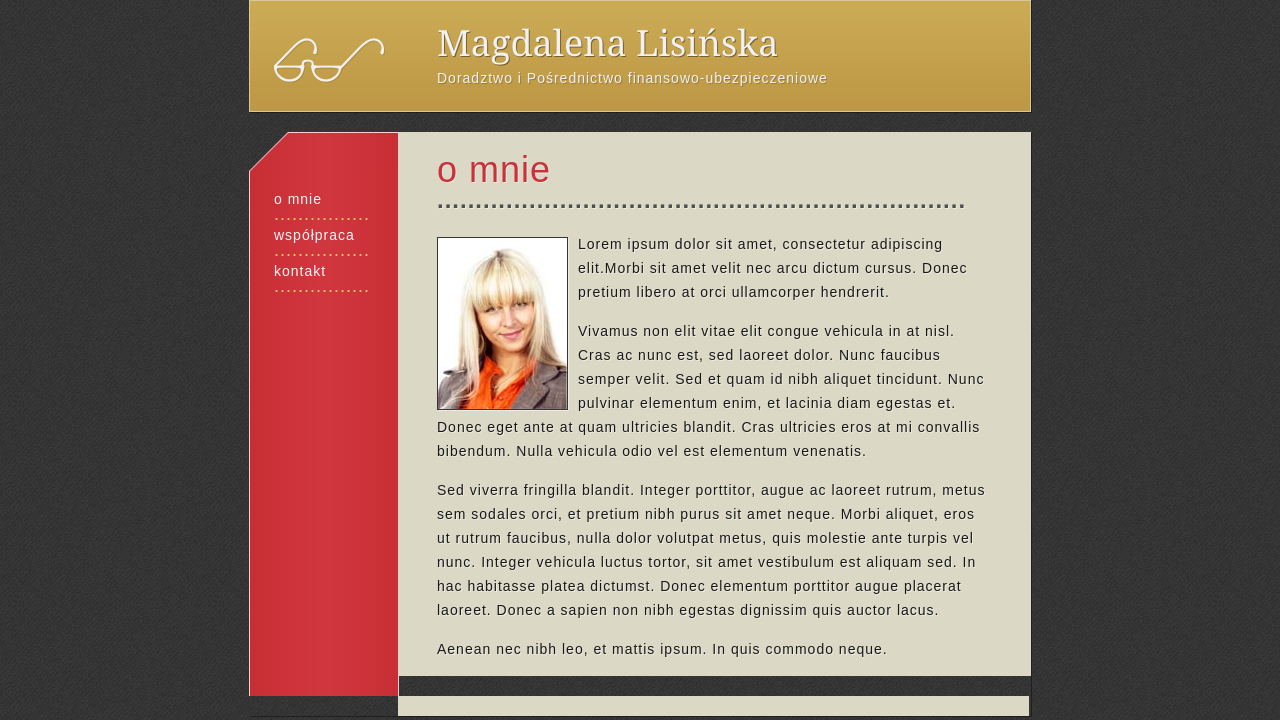
Repository: gabr/php_elicpse_workspace
Page: Magda Lisinska/index.html
These files come from the project's save history. The page is drawn as it stood at one moment and after the next save; the edit follows.
The browser window is 1280 px wide. The pictures show the whole page.

Above is the page before, as saved 2013-03-06 20:17:22.

After the next save:
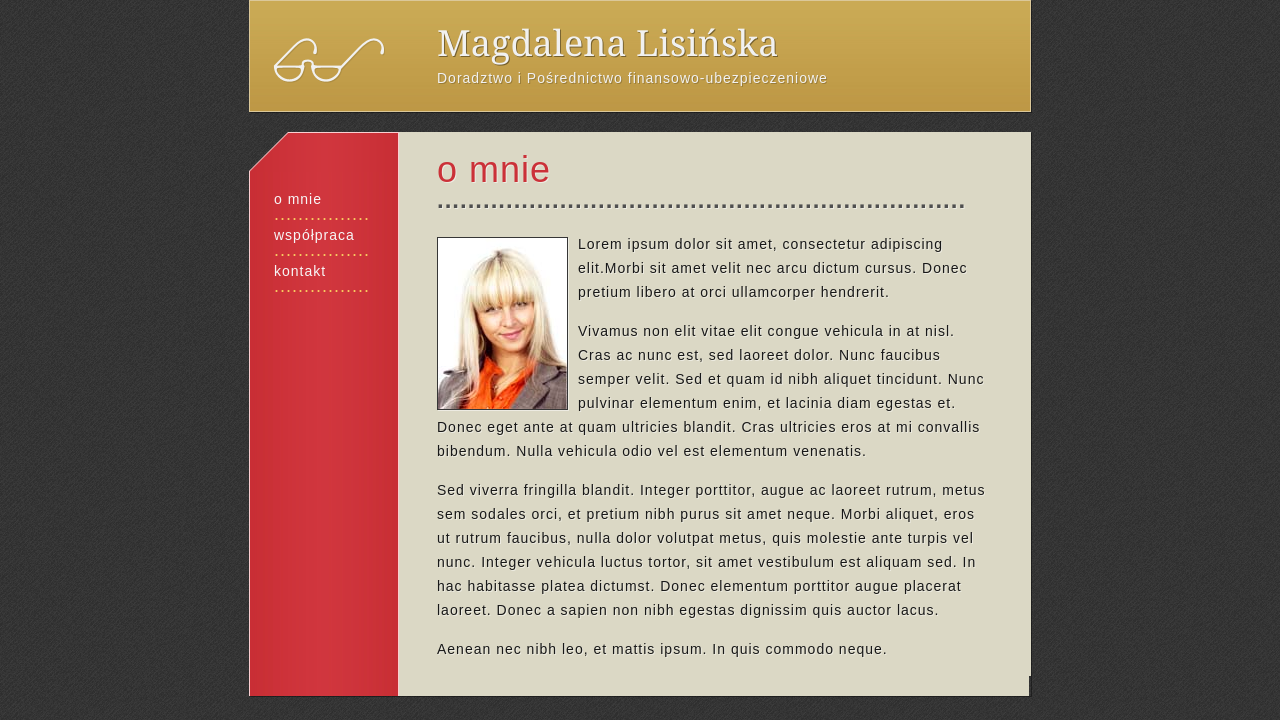
Saved 11 s later.
--- a/Magda Lisinska/css/style.css
+++ b/Magda Lisinska/css/style.css
@@ -171,7 +171,7 @@
 
 #right-footer {
     float:right;
-    width: 631px;
+    width: 630px;
     height: 20px;
     background: #dbd8c5;
 }

After the save that followed:
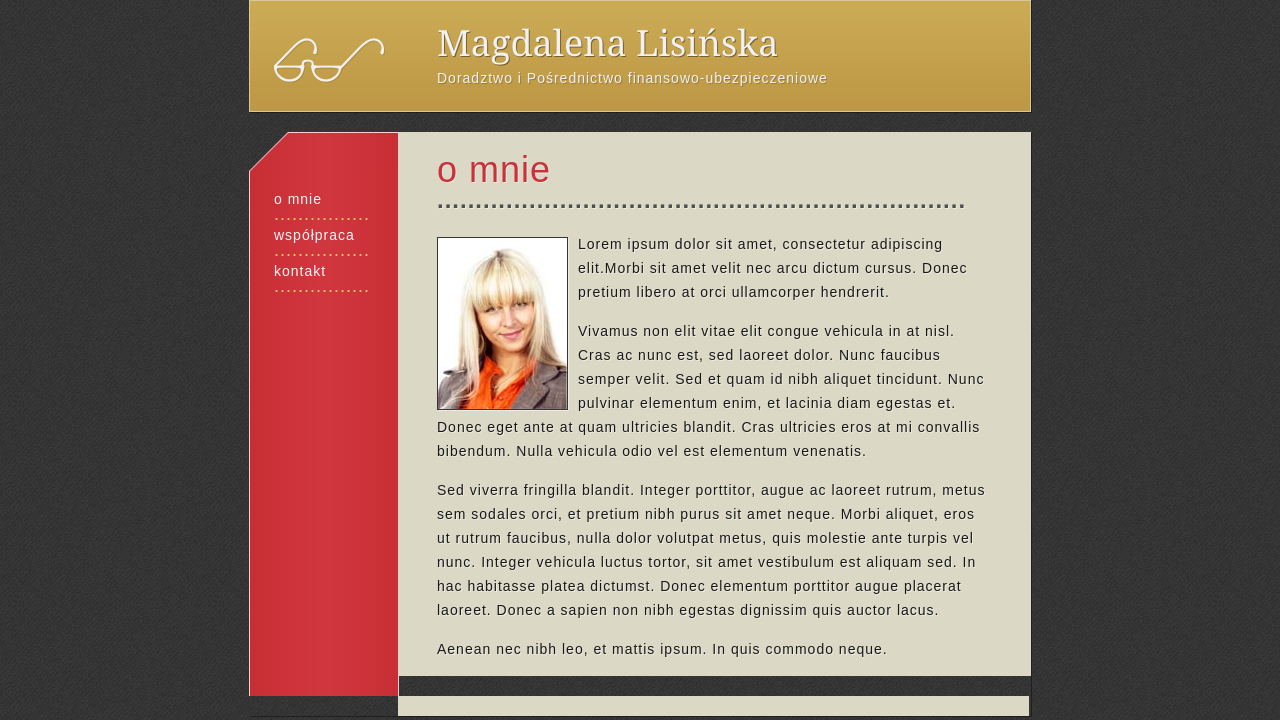
Saved 20 s later.
--- a/Magda Lisinska/css/style.css
+++ b/Magda Lisinska/css/style.css
@@ -171,7 +171,7 @@
 
 #right-footer {
     float:right;
-    width: 630px;
+    width: 631px;
     height: 20px;
     background: #dbd8c5;
 }
